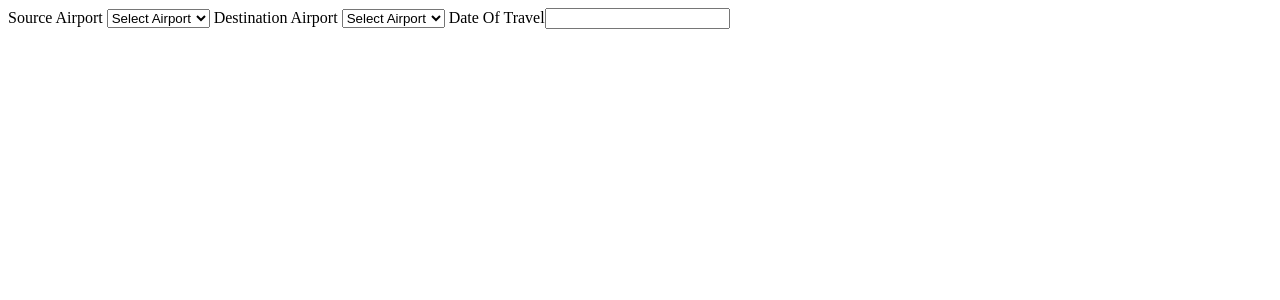
Repository: gotoharjeet/FlyAirline
Page: http://localhost/FlyAirline/searchFlight.jsp
An editor plug-in stored every save of this project. The page is shown before and after the next save, followed by the edit.
The browser window is 1280 px wide. The pictures show the whole page.
The page is served by Tomcat 9. Other server files are loaded and not shown. Queries for data that is not in the repository find no rows.

Above is the page before, as saved 2022-08-16 11:39:43.

### FlyAirline/src/main/webapp/searchFlight.jsp
<%@ page language="java" contentType="text/html; charset=UTF-8"
    pageEncoding="UTF-8"%>
<%@ page import="java.sql.*" %>
<!DOCTYPE html>
<html>
<head>
<meta charset="UTF-8">

<title>Populate Source Airport List</title>
</head>
<body>

   <form action="searchFlightServlet" method="post">

  	<label>Source Airport</label>
   	<select name="dep_airportCode">
   		<option value="-1">Select Airport
   		  <%
   		 	  String query="select * from dep_airport";
			  Connection connection=null;
			  Class.forName("com.mysql.cj.jdbc.Driver");
			  connection=DriverManager.getConnection("jdbc:mysql://localhost:3306/mytrgdb",
						"root",
						"root");
			  Statement statement = connection.createStatement();
			  ResultSet rs=statement.executeQuery(query);

			  while(rs.next())
			  {

				%>
				<option value="<%=rs.getString("airportCode")%>"><%=rs.getString("airport_name")%></option>
				<%
			  }
   		  %>
   		</option>
	   	</select>

	    <label>Destination Airport</label>
	    <select name="arr_airportCode">
	        <option value="-1">Select Airport
	        <%
	        	String query1="select * from place_airport";
	        	Connection connection1=null;
	        	Class.forName("com.mysql.cj.jdbc.Driver");
	        	connection1=DriverManager.getConnection("jdbc:mysql://localhost:3306/mytrgdb",
						"root",
						"root");
	        	Statement statement1 = connection1.createStatement();
	        	ResultSet rs1=statement1.executeQuery(query1);

	        	while(rs1.next())
	        	{
	        		%>
	        		<option value="<%=rs1.getString("airportCode")%>"><%=rs1.getString("airport_name")%></option>
	        		<%
	        	}
	        %>
	        </option>
	    </select>
	    Date Of Travel<input type="text" name="dot">
   </form>

</body>
</html>

After the next save:
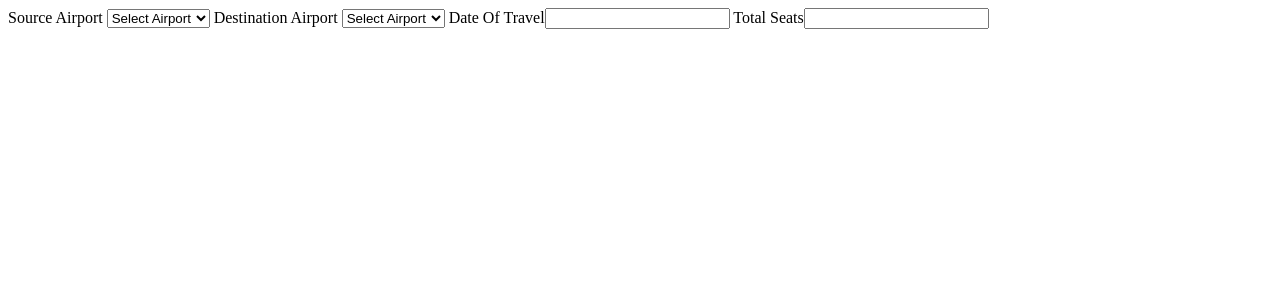
Saved 68 s later.
--- a/FlyAirline/src/main/webapp/searchFlight.jsp
+++ b/FlyAirline/src/main/webapp/searchFlight.jsp
@@ -59,6 +59,7 @@
 	        </option>
 	    </select>
 	    Date Of Travel<input type="text" name="dot">
+	    Total Seats<input type="text" name="total_seats">
    </form>
 
 </body>
